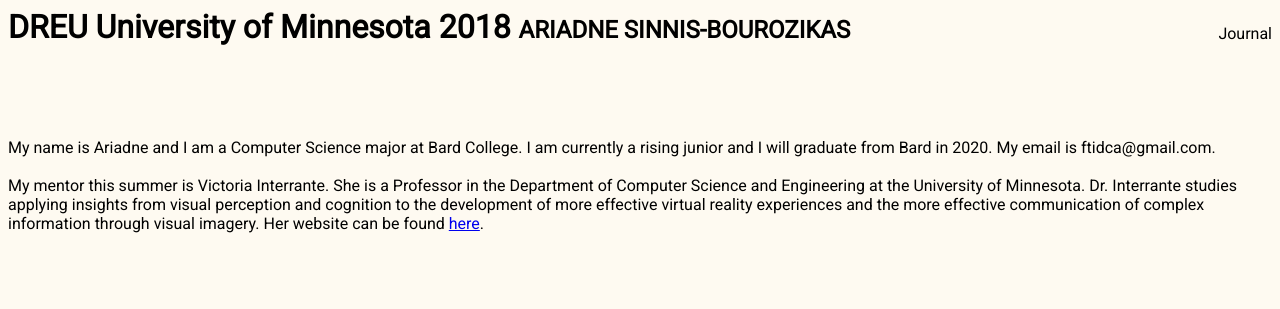
Repository: ariadnesb/dreu2018
Page: index.html
The author's editor kept a record of every edit. The page is drawn from the files as they stood at one moment, then again after the next edit.
The browser window is 1280 px wide. The pictures show the whole page.

Above is the page before.

After the next edit:
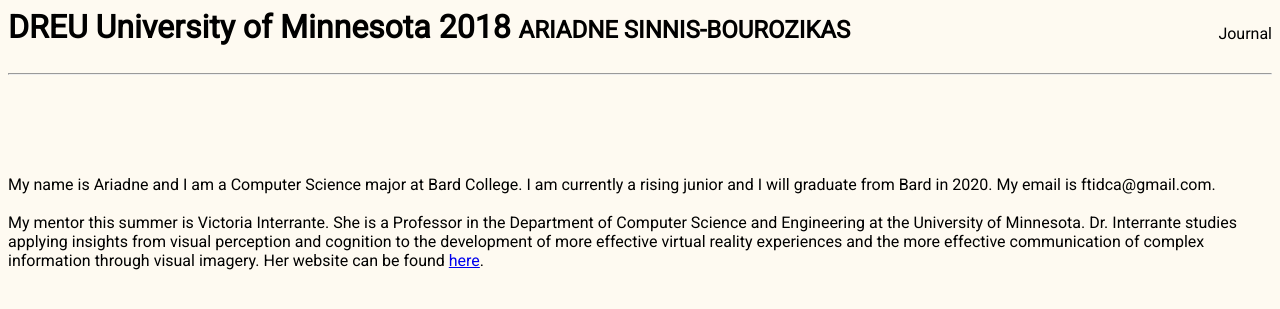
The edit:
--- a/index.html
+++ b/index.html
@@ -14,7 +14,8 @@
             <ul class="nav-bar">
                 <li><a href="./journal.html">Journal</a></li>
                 <!-- <li><a href="/contact.html">Contact</a></li> -->
-
+            </ul>
+            <br><br><hr>
         </div>
 
 
